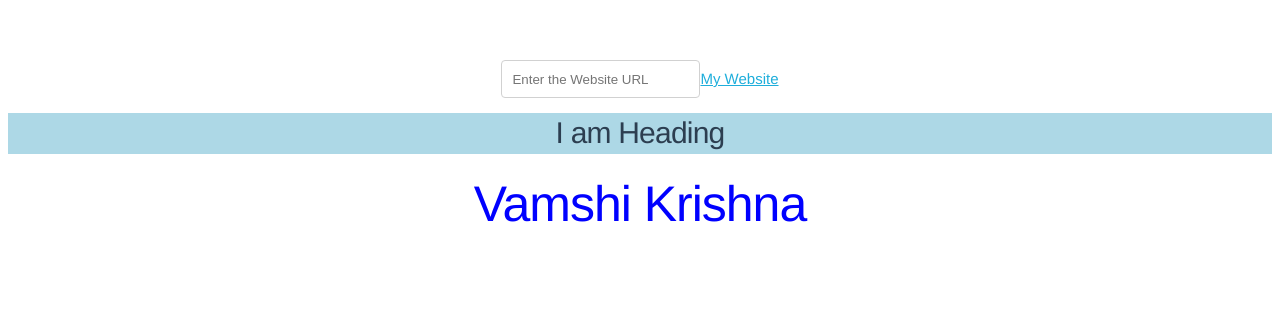
Repository: chsvk/Vue-JS-Course
Page: /
An editor plug-in stored every save of this project. The page is shown before and after the next save, followed by the edit.
The browser window is 1280 px wide. The pictures show the whole page.
The project was rebuilt for these pictures with package versions that can differ from the ones it lists, and the page was loaded fresh each time. Also part of the build but not shown: src/components/HelloWorld.vue.

Above is the page before, as saved 2019-03-11 18:56:53.

After the next save:
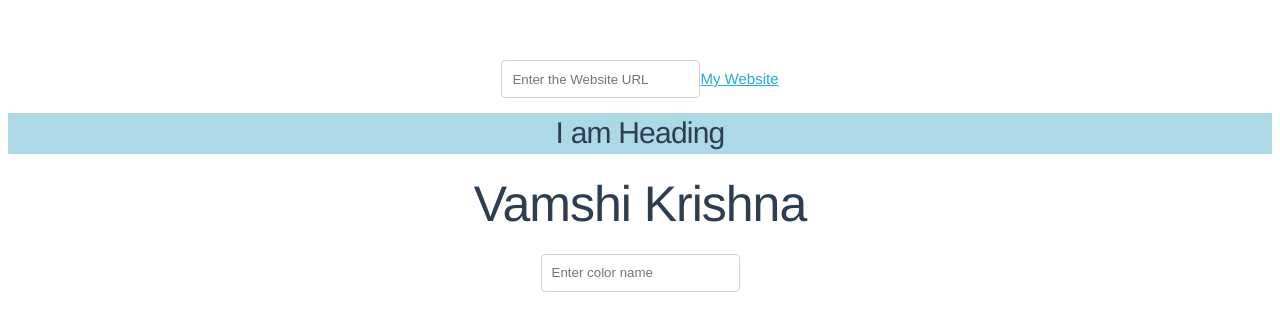
Saved 2 min 14 s later.
--- a/src/App.vue
+++ b/src/App.vue
@@ -22,7 +22,8 @@
 
     <!-- Dynamic Styling using Data Binding -->
 
-    <h1 style="color: blue">Vamshi Krishna</h1>
+    <h1 :style="{color: customColor}">Vamshi Krishna</h1>
+    <input type="text" placeholder="Enter color name" v-model="customColor">
 
 
   </div>
@@ -62,7 +63,8 @@ export default {
   data(){
     return{
       websiteLink: "",
-      activeBackground: true
+      activeBackground: true,
+      customColor: ''
     }
   }
 }
